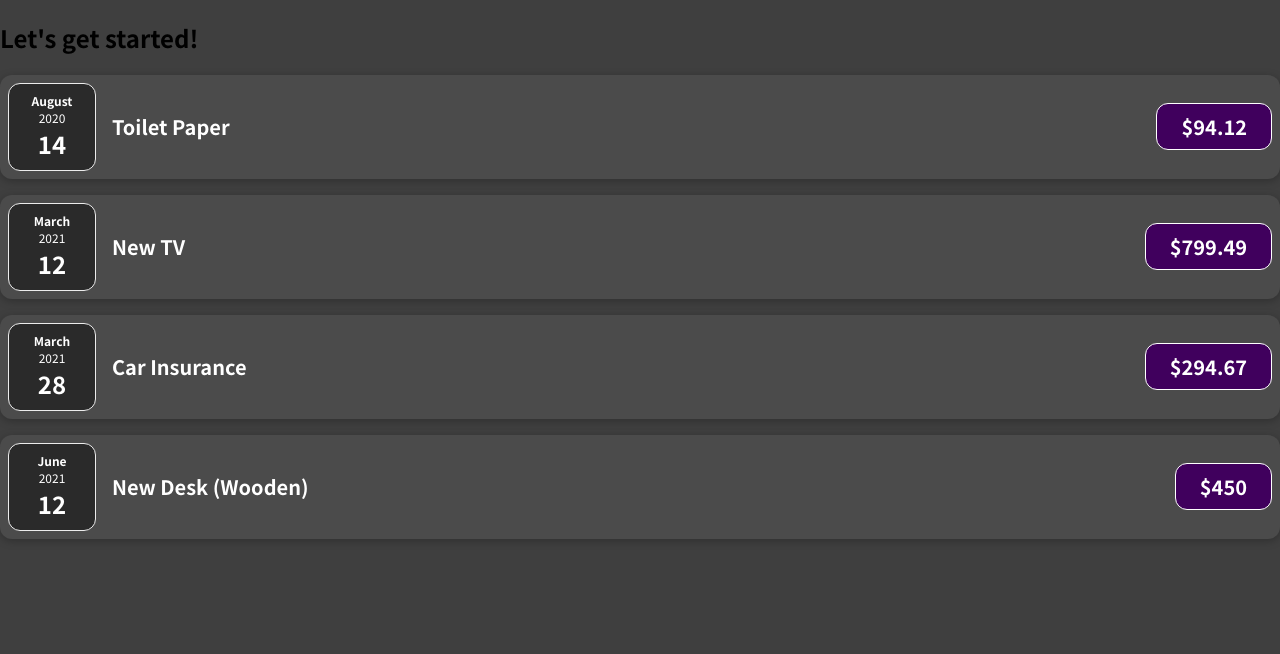
Repository: Dark-Developer93/react-complete-guide
Page: /
The author's editor kept a copy of each file at every save. The page is drawn from the files as they stood at one save, then again after the next save.
The browser window is 1280 px wide. The pictures show the whole page.
The project was rebuilt for these pictures with package versions that can differ from the ones it lists, and the page was loaded fresh each time.

Above is the page before, as saved 2022-11-04 17:08:43.

After the next save:
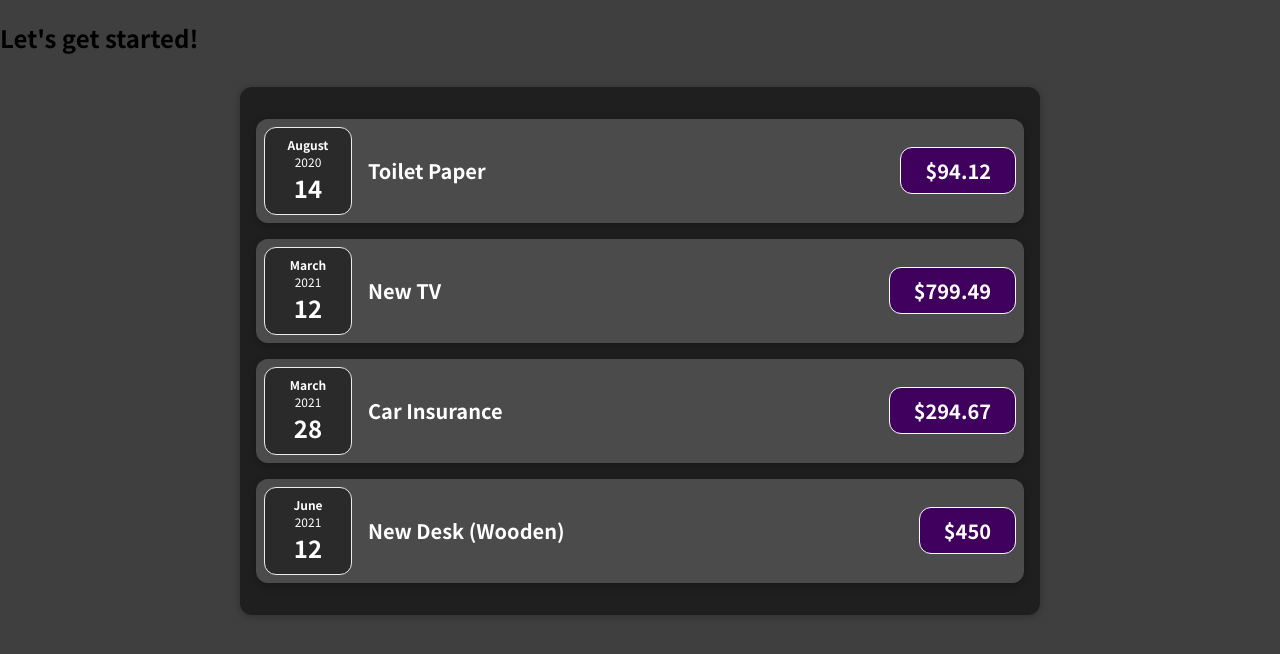
Saved 15 s later.
--- a/src/components/Expenses.js
+++ b/src/components/Expenses.js
@@ -3,7 +3,7 @@ import ExpenseItem from "./ExpenseItem";
 
 const Expenses = (props) => {
   return (
-    <div>
+    <div className="expenses">
       {props.item.map((expense) => {
         return (
           <ExpenseItem
